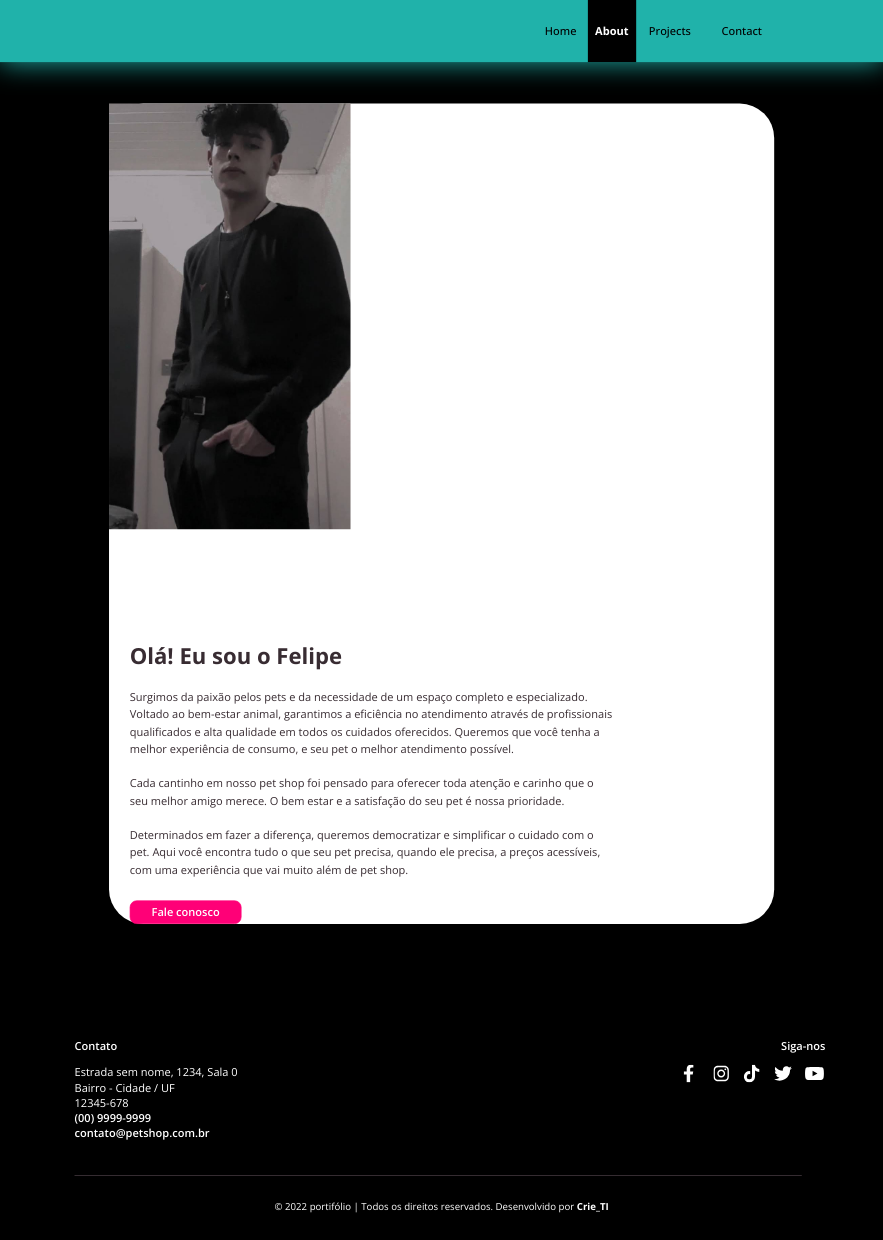
Repository: Fel1pit0/CRIE_TI
Page: Projetos/Portifólio/about.html
These files come from the project's save history. The page is drawn as it stood at one moment and after the next save; the edit follows.
The browser window is 1280 px wide. The pictures show the whole page, at 69% of full size.

Above is the page before, as saved 2022-05-25 14:53:53.

After the next save:
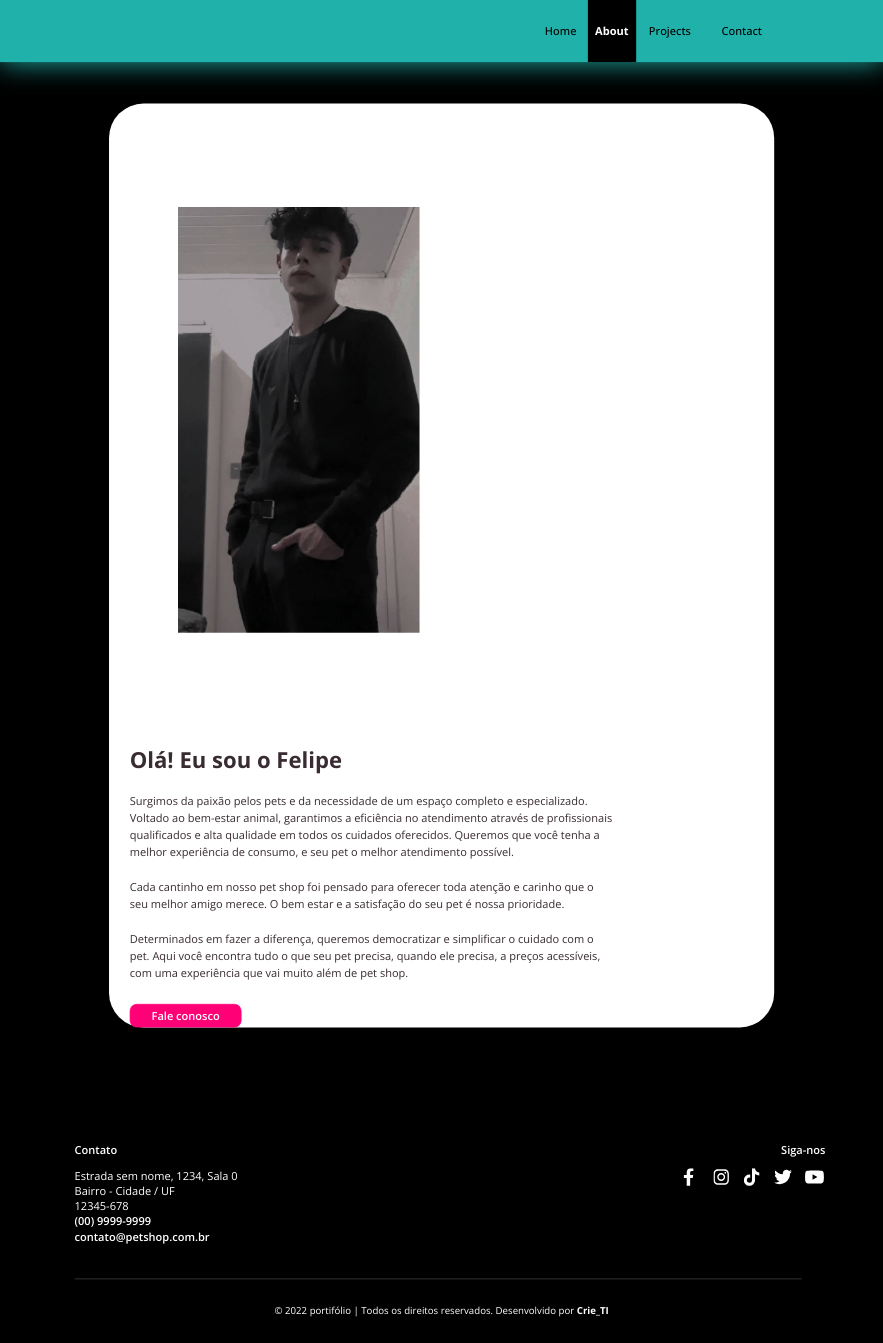
Saved 15 s later.
--- a/Projetos/Portifólio/styles.css
+++ b/Projetos/Portifólio/styles.css
@@ -298,7 +298,7 @@ footer{
   display: inline-block;
   width: 350px;
   height: auto;
-  padding: 10px 50 0 30px
+  margin: 150px 0 0 100px;
 }
 .desc-about{
   display: inline-block;
